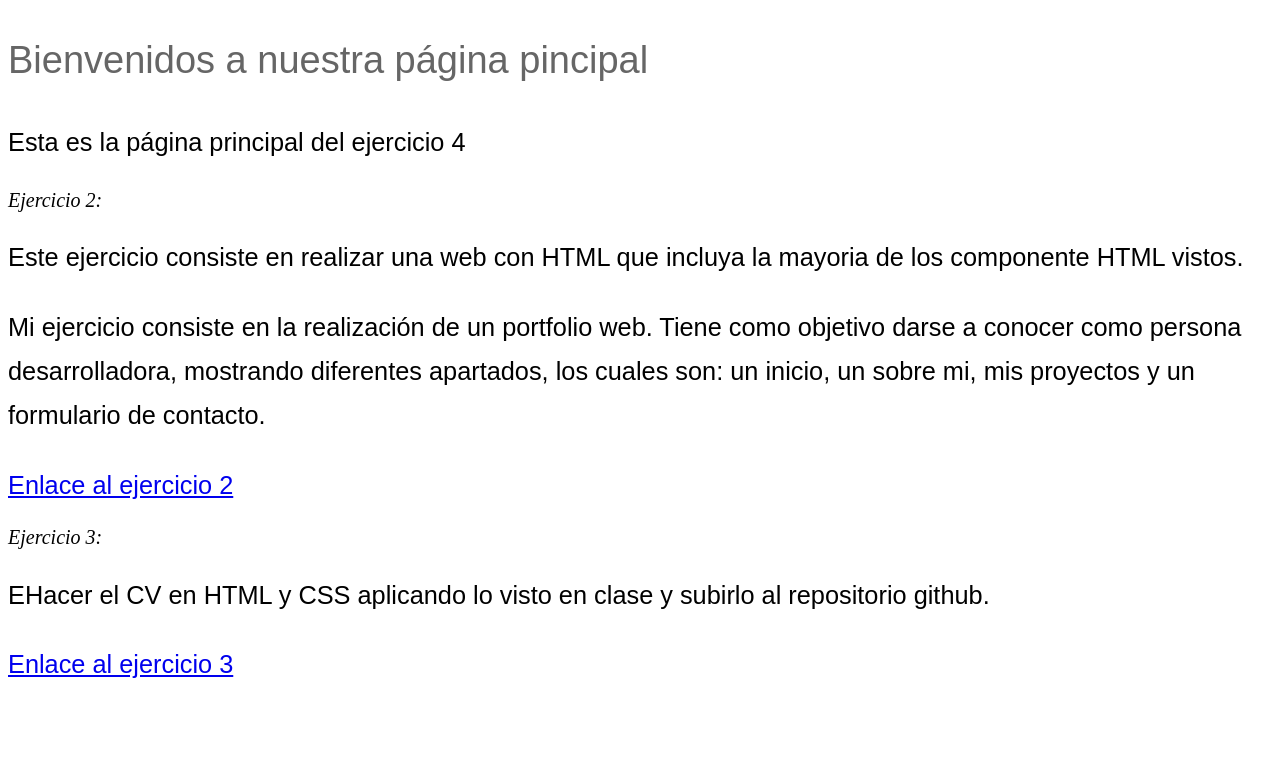
Repository: conmarred/Ejercicio4-Web
Page: Ejercicio4Web/src/main/webapp/index.html
These files come from the project's save history. The page is drawn as it stood at one moment and after the next save; the edit follows.
The browser window is 1280 px wide. The pictures show the whole page.
Some web fonts or font styles are not loaded; a fallback is used.

Above is the page before, as saved 2022-03-09 12:26:08.

### Ejercicio4Web/src/main/webapp/index.html
<!DOCTYPE html>
<html>
<head>
	<meta charset="UTF-8">
	<title>Pagina principal</title>
	<link rel="stylesheet" href="css/estilos.css">
</head>
<body>
	<div id="main">

		<section id="top">
			<div class="container">
				<h1>Bienvenidos a nuestra página pincipal</h1>
				<p>Esta es la página principal del ejercicio 4</p>
				<p class="titulo2">Ejercicio 2:</p>
				<p>Este ejercicio consiste en realizar
				una web con HTML que incluya la mayoria de los componente HTML vistos.</p>
				<p>Mi ejercicio consiste en la realización de un portfolio web. Tiene como objetivo
				 darse a conocer como persona desarrolladora, mostrando diferentes apartados, los cuales son:
				 un inicio, un sobre mi, mis proyectos y un formulario de contacto.</p>
				<a href="ejercicio2.html">Enlace al ejercicio 2</a>
				<p class="titulo2">Ejercicio 3:</p>
				<p>EHacer el CV en HTML y CSS aplicando lo visto en clase y subirlo al repositorio github.</p>
				<a href="ejercicio3.html">Enlace al ejercicio 3</a>
			</div>
		</section>
	</div>

</body>
</html>

### Ejercicio4Web/src/main/webapp/css/estilos.css
@import url("fontawesome-all.min.css");
@import url("https://fonts.googleapis.com/css?family=Source+Sans+Pro:300,300italic,400,600");


/* Basic */

html {
	box-sizing: border-box;
}


body {
	background: #fff;
	font-family: 'Source Sans Pro', sans-serif;
	font-size: 19pt;
	font-weight: 300;
	line-height: 1.75em;
}


h1 {
	font-weight: 300;
	color: #666;
	line-height: 1.5em;
}


/* Container */

.container {
	margin: 0 auto;
	max-width: 100%;
	width: 1400px;
}

@media screen and (max-width: 700px) {

	.container {
		width: 100%;
	}

}


/* Section */

section {
	margin-bottom: 3em;
}

.titulo1 {
	font: 400 50px Bitter, serif;
	line-height: 20px;
	color: black;
	text-align: center;
}

.titulo2 {
	font-family: Bitter, serif;
	font-weight: 400;
	font-style: italic;
	font-size: 20px;
	line-height: 20px;
	color: black;
	text-align: left;
}

After the next save:
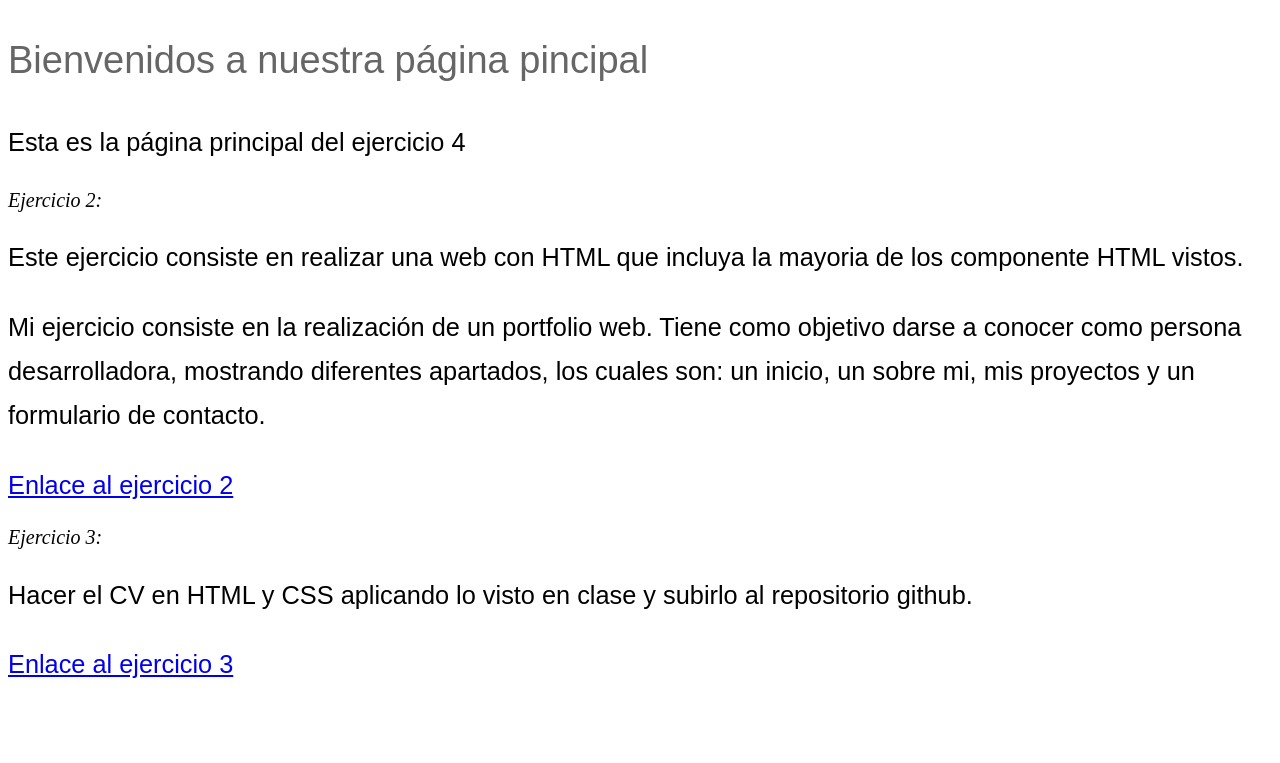
Saved 4 s later.
--- a/Ejercicio4Web/src/main/webapp/index.html
+++ b/Ejercicio4Web/src/main/webapp/index.html
@@ -20,7 +20,7 @@
 				 un inicio, un sobre mi, mis proyectos y un formulario de contacto.</p>
 				<a href="ejercicio2.html">Enlace al ejercicio 2</a>
 				<p class="titulo2">Ejercicio 3:</p>
-				<p>EHacer el CV en HTML y CSS aplicando lo visto en clase y subirlo al repositorio github.</p>
+				<p>Hacer el CV en HTML y CSS aplicando lo visto en clase y subirlo al repositorio github.</p>
 				<a href="ejercicio3.html">Enlace al ejercicio 3</a>
 			</div>
 		</section>
